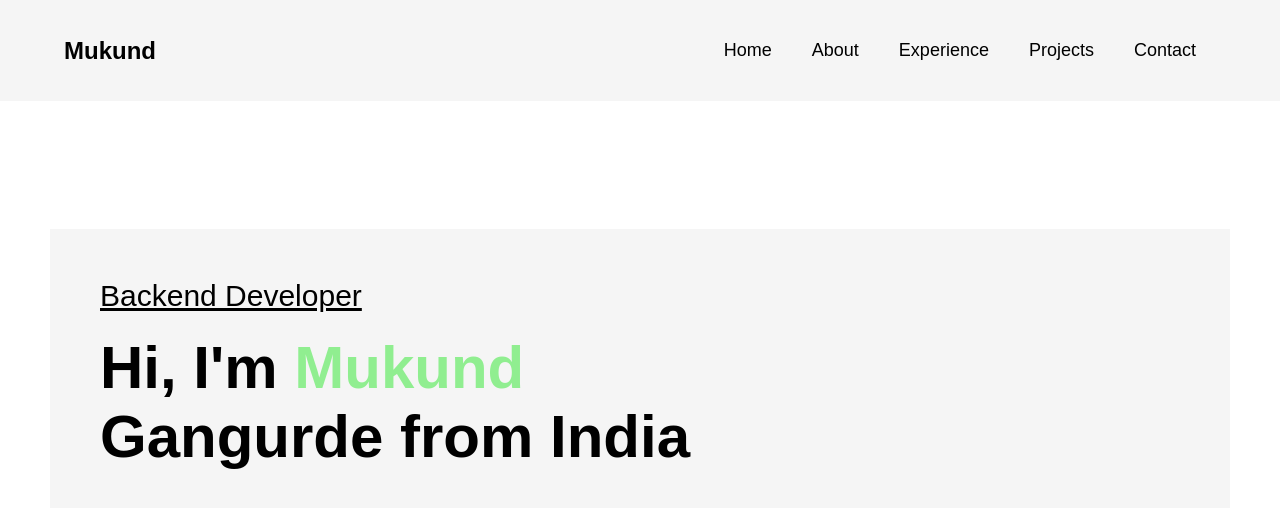
Repository: mukundgangurde/expense-tracker
Page: index.html
These files come from the project's save history. The page is drawn as it stood at one moment and after the next save; the edit follows.
The browser window is 1280 px wide. The pictures show the whole page.

Above is the page before, as saved 2025-11-02 22:42:59.

### index.html
<!DOCTYPE html>
<html lang="en">

<head>
  <meta charset="UTF-8">
  <meta name="viewport" content="width=device-width, initial-scale=1.0">
  <title>Portfolio - Mukund Gangurde</title>
  <link rel="stylesheet" href="style.css">
</head>

<body>
  <!-- Header -->
  <div id="header">
    <div id="container">
      <!-- Navigation Bar -->
      <nav>
        <h1 id="logo">Mukund</h1>
        <ul>
          <li><a href="#">Home</a></li>
          <li><a href="#">About</a></li>
          <li><a href="#">Experience</a></li>
          <li><a href="#">Projects</a></li>
          <li><a href="#">Contact</a></li>
        </ul>
      </nav>
      <!-- /Navigation Bar -->

      <div class="header-text">
        <p><u>Backend Developer</u></p>
        <h1>Hi, I'm <span>Mukund</span><br>Gangurde from India</h1>
      </div>
    </div>
  </div>
  <!-- /Header -->

  <div id="about">
    <div id="container">
      <div class="row">
        <div class="about-col-1"></div>
      </div>
    </div>
  </div>
</body>

</html>

### style.css
* {
  margin: 0;
  padding: 0;
  /* font-family: Brush Script MT; */
  font-family: Arial, Helvetica, sans-serif;
  box-sizing: border-box;
  /* border: 1px solid red; */
}

body {
  /* background-color: black; */
  /* color: white; */
}

#header {
  width : 100%;
  height: 100vh;
  /* background-image: url(images/background.img); */
  /* background-size: cover; */
  /* background-position: center; */
}

#logo {
  width: 160px;
}

nav {
  display: flex;
  justify-content: space-between;
  align-items: center;
  flex-wrap: wrap;
  padding: 30px 5%;
  background-color: whitesmoke;
}

ul {
  display: flex;
  justify-content: space-between;
  font-size: 18px;
}

nav ul li {
  display: inline-block;
  list-style-type: none;
  margin: 10px 20px;
}

nav ul li :hover {
  color: green;
}

nav ul li a {
  color: black;
  text-decoration: none;
}

.header-text {
  margin: 10% 50px;
  padding: 50px;
  background-color: whitesmoke;
  font-size: 30px;
}

.header-text h1 {
  margin-top: 20px;
  font-size: 60px;
}

.header-text h1 span {
  color: lightgreen;
}

After the next save:
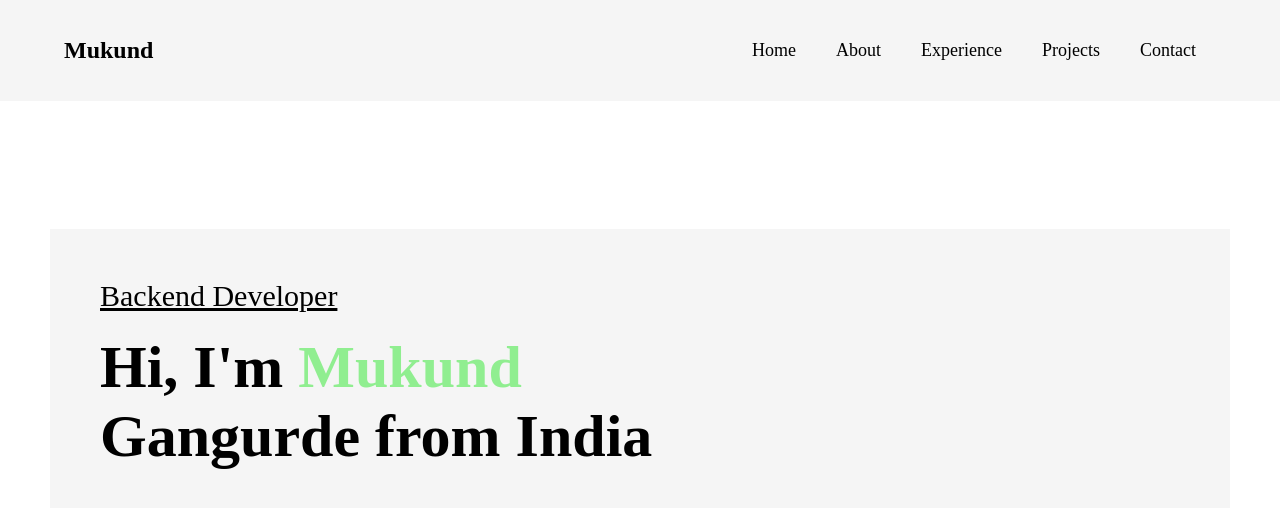
Saved 14 s later.
--- a/style.css
+++ b/style.css
@@ -1,8 +1,8 @@
 * {
   margin: 0;
   padding: 0;
-  /* font-family: Brush Script MT; */
-  font-family: Arial, Helvetica, sans-serif;
+  font-family: Brush Script MT;
+  /* font-family: Arial, Helvetica, sans-serif; */
   box-sizing: border-box;
   /* border: 1px solid red; */
 }
